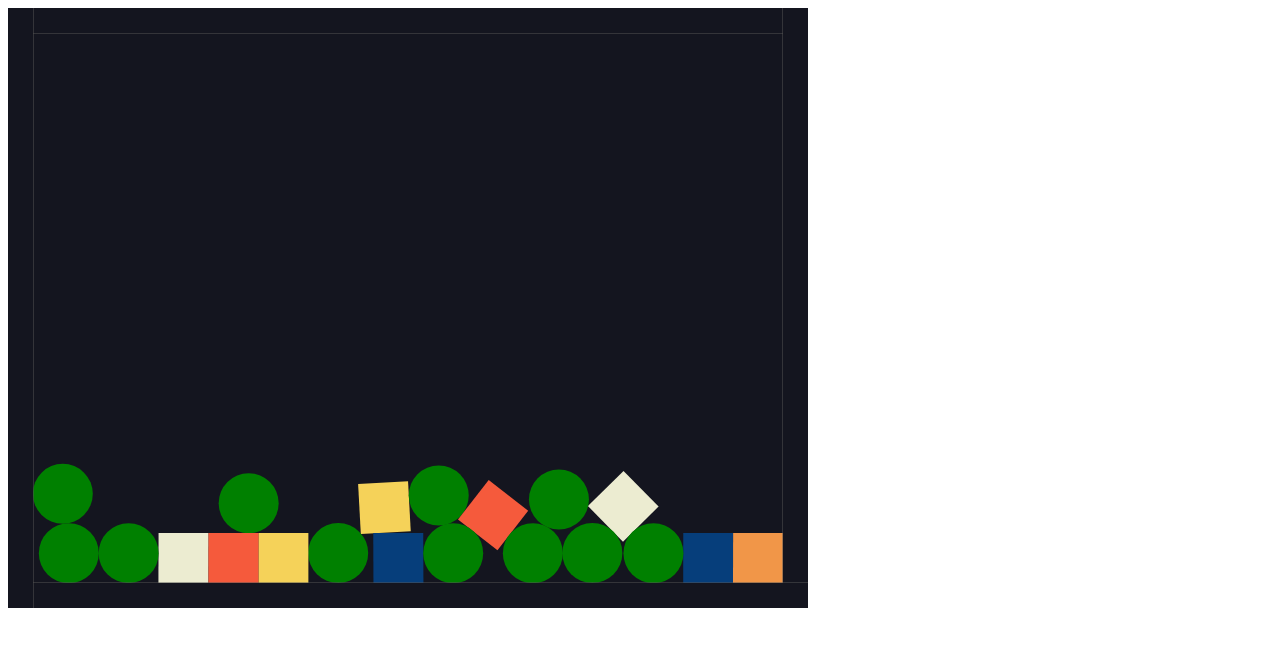
Repository: Sbethm/maze-runner
Page: index.html
These files come from the project's save history. The page is drawn as it stood at one moment and after a run of saves; the edit follows.
The browser window is 1280 px wide. The pictures show the whole page.
Some web libraries are served in a nearby version.

Above is the page before, as saved 2021-10-04 10:08:30.

### index.html
<!DOCTYPE html>
<html lang="en">
<head>
    <meta charset="UTF-8">
    <meta http-equiv="X-UA-Compatible" content="IE=edge">
    <meta name="viewport" content="width=device-width, initial-scale=1.0">
    <script src="https://cdnjs.cloudflare.com/ajax/libs/matter-js/0.17.1/matter.min.js"></script>
    <title>Maze Runner</title>
</head>
<body>

    <script src="app.js"></script>
</body>
</html>

### app.js

//====== Building Canvas
const { Engine, World, Runner, Render, Bodies, MouseConstraint, Mouse} = Matter;

const width = 800;
const height = 600;

const engine = Engine.create();
const {world} = engine;
const render = Render.create({
    element: document.body,
    engine: engine,
    options: {
        wireframes: false,
        width,
        height
    }
});
Render.run(render);
Runner.run(Runner.create(), engine);

World.add(world, MouseConstraint.create(engine, {
    mouse: Mouse.create(render.canvas)
}));

//====== Random Shapes in Canvas
for(let i = 0; i < 20; i++) {
    if(Math.random() > 0.5) {
        World.add(world, Bodies.rectangle(Math.random() * width, Math.random() * height, 50, 50));
    } else {
        World.add(world, Bodies.circle(Math.random() * width, Math.random() * height, 30, {
            render: {
                fillStyle: 'green'
            }
        }));
    }
}

//====== Walls of Canvas
const walls = [
    Bodies.rectangle(400, 0, 800, 50, {isStatic: true}),
    Bodies.rectangle(800, 300, 50, 600, {isStatic: true}),
    Bodies.rectangle(400, 600, 800, 50, {isStatic: true}),
    Bodies.rectangle(0, 300, 50, 600, {isStatic: true})
];

World.add(world, walls);

After the next 2 saves:
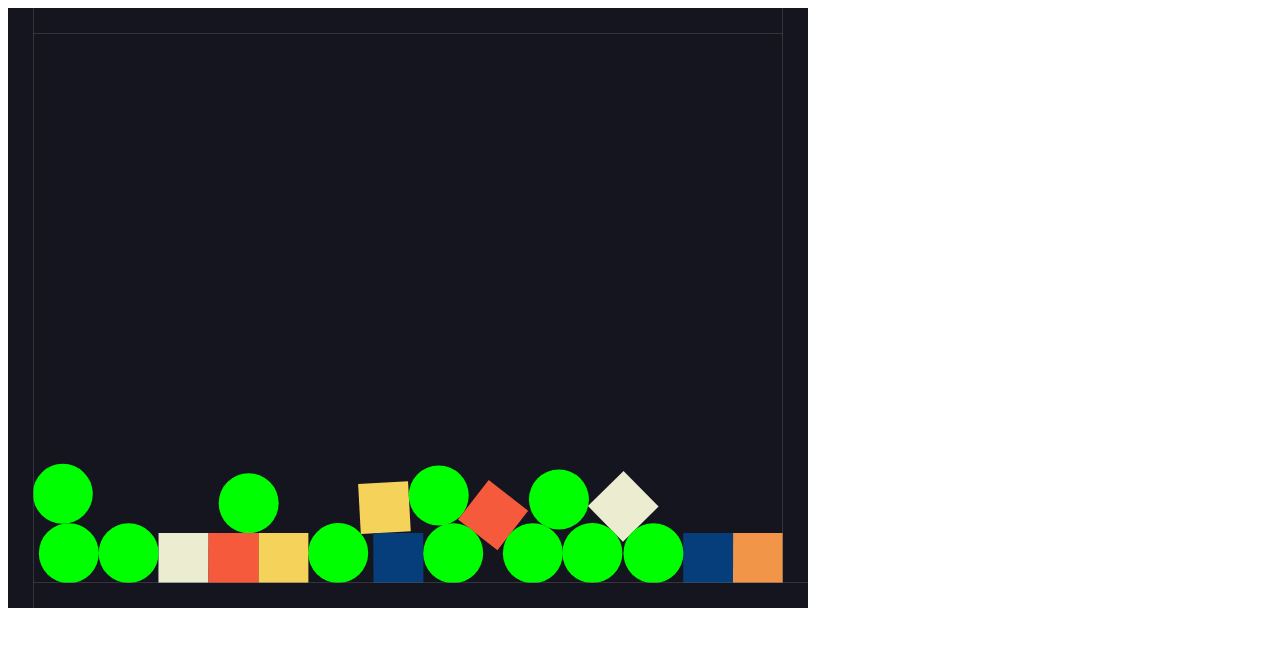
The 2 saves are shown as one change because they came seconds apart.
The last was saved 10 s later.
--- a/app.js
+++ b/app.js
@@ -30,7 +30,7 @@ for(let i = 0; i < 20; i++) {
     } else {
         World.add(world, Bodies.circle(Math.random() * width, Math.random() * height, 30, {
             render: {
-                fillStyle: 'green'
+                fillStyle: 'lime'
             }
         }));
     }
